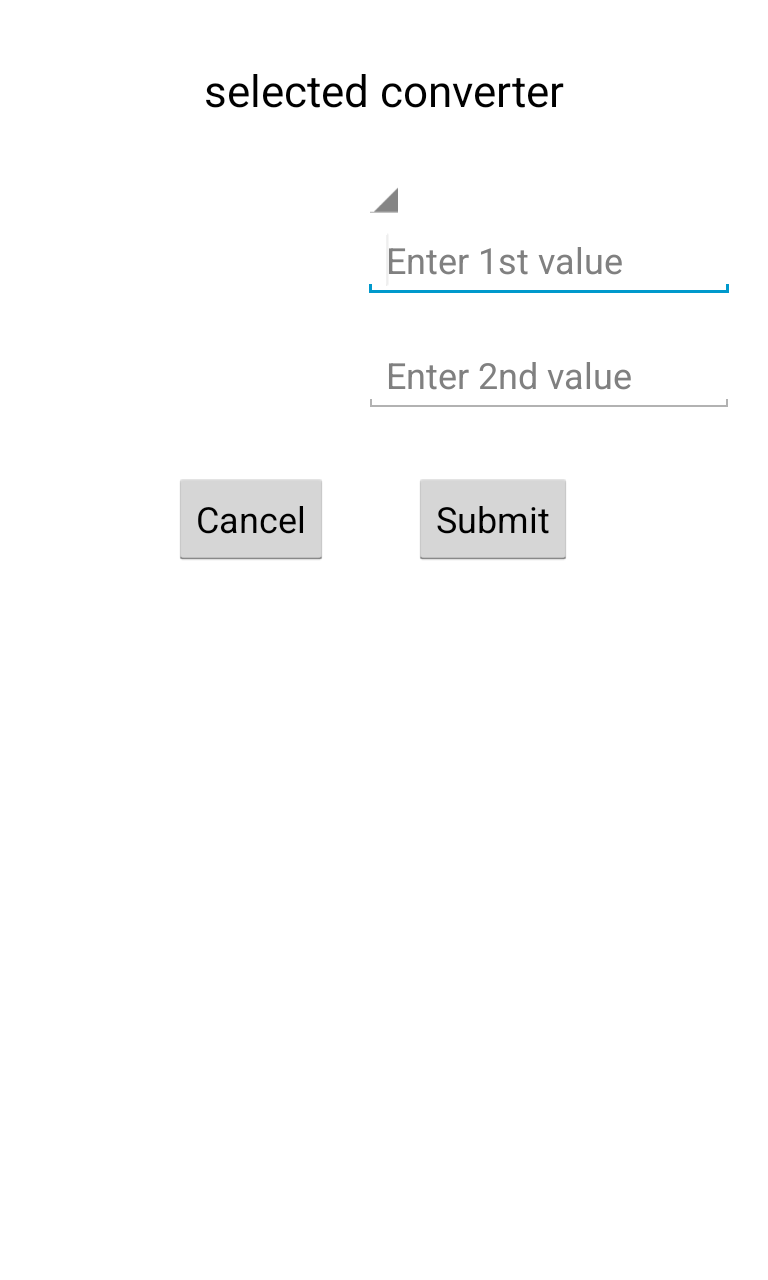
Repository: priyankaaj/practiced-apps
Layout: Converter/res/layout/activity_main.xml
An editor plug-in stored every save of this project. The layout is shown before and after the next save, followed by the edit.
It is drawn on a 768 x 1280 px phone screen (xhdpi) without system bars, with theme AppTheme; the app's code is not run.

Above is the layout before, as saved 2015-09-24 18:29:05.

After the next save:
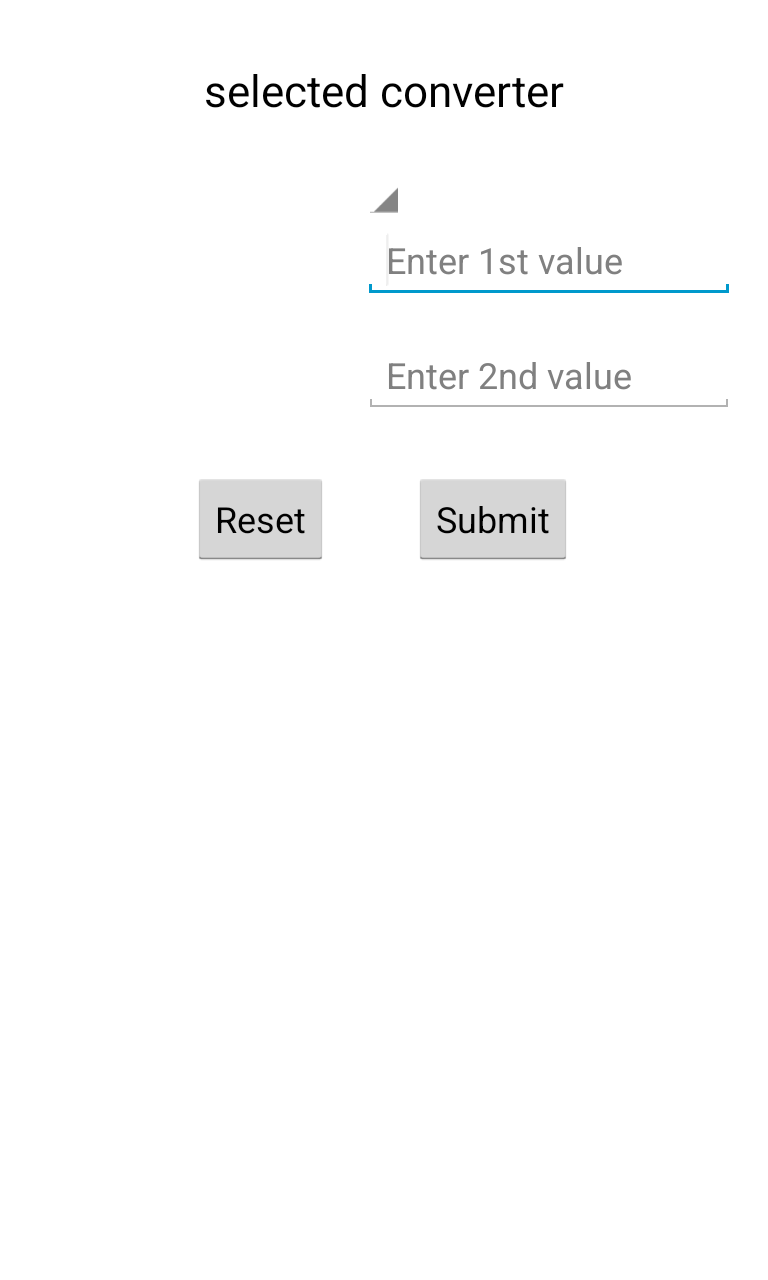
Saved 95 s later.
--- a/Converter/res/layout/activity_main.xml
+++ b/Converter/res/layout/activity_main.xml
@@ -66,6 +66,6 @@
         android:layout_alignBottom="@+id/buttonsubmit"
         android:layout_alignRight="@+id/spinnerconvertoptions"
         android:layout_marginRight="38dp"
-        android:text="Cancel" />
+        android:text="Reset" />
 
 </RelativeLayout>
